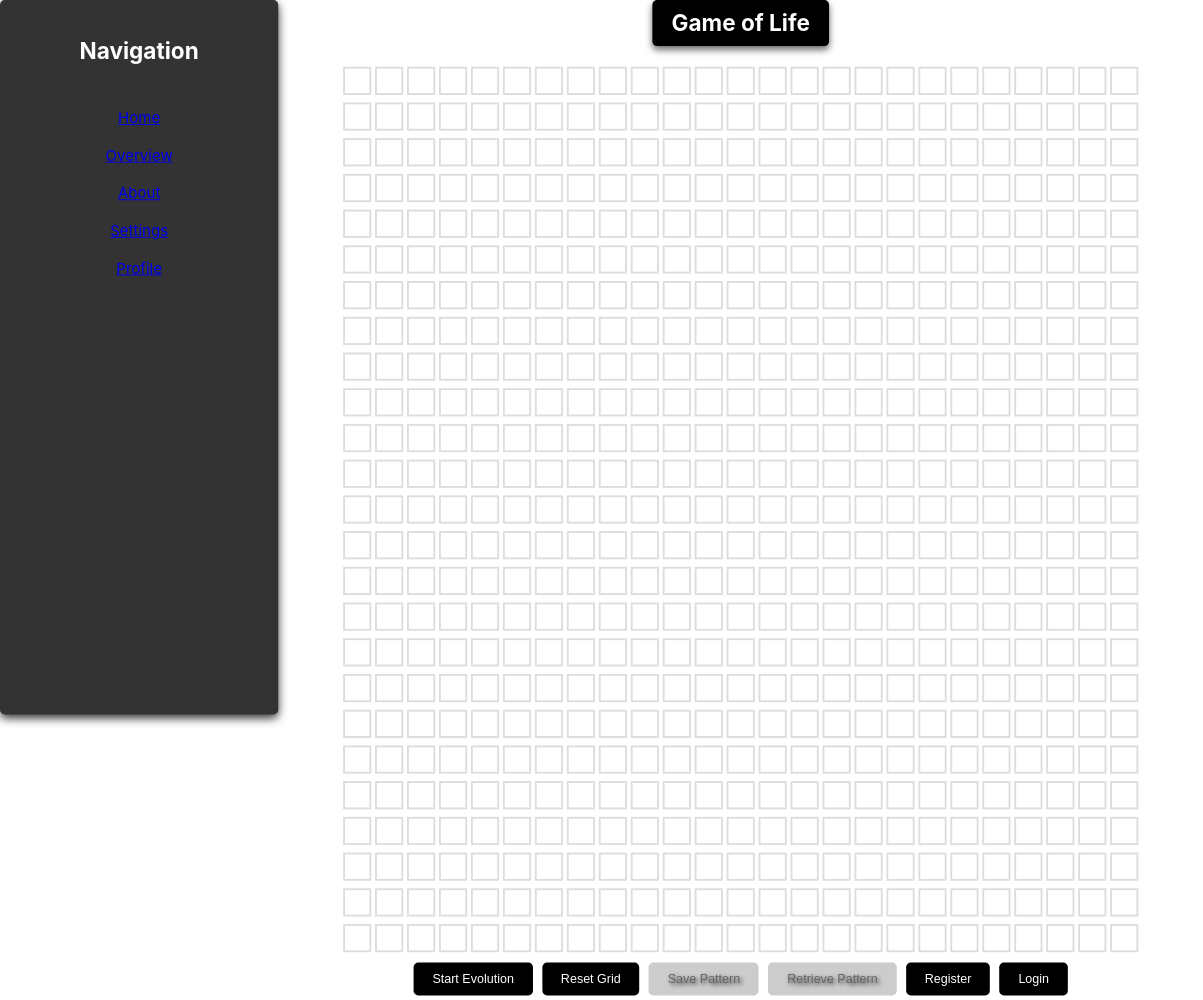
Repository: MarioDiekmann/GameOfLife
Page: /
These files come from the project's save history. The page is drawn as it stood at one moment and after the next save; the edit follows.
The browser window is 1280 px wide. The pictures show the whole page, at 94% of full size.
The project was rebuilt for these pictures with package versions that can differ from the ones it lists, and the page was loaded fresh each time. Also part of the build but not shown: src/components/InputForm.js, src/components/LoadPatternForm.js, src/components/RegistrationForm.js, src/components/LoginForm.js, src/pages/Overview.js.

Above is the page before, as saved 2024-11-05 16:08:30.

### src/App.js
import React from 'react';
import { BrowserRouter as Router, Route, Routes } from 'react-router-dom';
import Game from './components/Game';
import Overview from './pages/Overview';
import './App.css';
import {AuthProvider} from './AuthContext';


function App() {
  return (
    <AuthProvider>
    <Router>
      <div className="App">
        <Routes>
          <Route path="/" element={<Game/>} />
          <Route path="/Overview" element={<Overview/>} />
        </Routes>
      </div>
    </Router>
    </AuthProvider>
  );
}

export default App;

### src/components/Game.js
import React, { useState, useEffect, useCallback, useRef, useContext } from "react";
import Cell from "./Cell";
import axios from "axios";
import InputForm from "./InputForm";
import './Game.css';
import NavBar from "./NavBar";
import LoadPatternForm from "./LoadPatternForm";
import RegistrationForm from "./RegistrationForm";
import LoginForm from "./LoginForm";
import { AuthContext } from '../AuthContext';

const Game = () => {
    const startingsize = 25;
    const [size, setSize] = useState(startingsize);
    const [epochs, setEpochs] = useState(0);
    const [isEvolving, setIsEvolving] = useState(false);
    const [initialPattern, setInitialPattern] = useState([]);
    const [numResizes, setNumResizes] = useState(0);

    const [isFormVisible, setIsFormVisible] = useState(false); // State to control form visibility
    const [patternRequested, setPatternRequested] = useState(false);
    const [registrationRequested, setRegistrationRequested] = useState(false);
    const [loginRequested, setLoginRequested] = useState(false);
    const initGrid = () => Array.from({ length: size }, () => Array(size).fill(false));
    const [grid, setGrid] = useState(initGrid());
    const [tokenPresent, setTokenPresent] = useState(false);

    const previousGridRef = useRef(grid); // Reference to hold the previous grid

    const { isTokenExpired, handleLogout, token } = useContext(AuthContext);

    useEffect(() => {
        if (isTokenExpired || !token) {
            setTokenPresent(false);
            if (isTokenExpired) {
                alert("Your session has expired. Please log in again.");
                handleLogout();
            }
        } else {
            setTokenPresent(true);
        }
    }, [isTokenExpired, token, handleLogout]);

    const toggleCellState = (row, col) => {
        setGrid(prevGrid => {
            const newGrid = prevGrid.map((r, i) =>
                r.map((cell, j) => (i === row && j === col ? !cell : cell))
            );
            return newGrid;
        });
    };

    const resetGrid = () => {
        setIsEvolving(false);
        setEpochs(0);
        setSize(prevSize => {
            const newGrid = Array.from({ length: startingsize }, () => Array(startingsize).fill(false));
            setGrid(newGrid);
            setInitialPattern(newGrid);
            return startingsize;
        });
    };

    const renderGrid = () => {
        return grid.map((row, rowIndex) => (
            <div key={rowIndex} className="row">
                {row.map((cell, colIndex) => (
                    <Cell
                        key={`${rowIndex}-${colIndex}`}
                        isAlive={cell}
                        onClick={() => toggleCellState(rowIndex, colIndex)}
                        numResizes = {numResizes}
                    />
                ))}
            </div>
        ));
    };

    const countNeighboursAlive = useCallback((row, col) => {
        let count = 0;
        for (let i = row - 1; i <= row + 1; i++) {
            for (let j = col - 1; j <= col + 1; j++) {
                if ((i >= 0 && i < size) && (j >= 0 && j < size) && !(i === row && j === col)) {
                    count += grid[i][j] ? 1 : 0;
                }
            }
        }
        return count;
    }, [grid, size]);

    const updateGrid = useCallback(() => {
        let newGrid = grid.map((row, rowIndex) =>
            row.map((cell, colIndex) => {
                const gridCount = countNeighboursAlive(rowIndex, colIndex);
                return cell ? gridCount === 2 || gridCount === 3 : gridCount === 3;
            })
        );
        setGrid(newGrid);
        return newGrid;
    }, [countNeighboursAlive, grid]);

    const saveInitialPattern = () => {                                          //CAN I MAKE IT SAVE WITHOUT STARTING EVOLUTION
        const deepCopy = grid.map(row => row.slice());
        setInitialPattern(deepCopy); // Save current grid as the initial pattern
    };

    const checkEdges = useCallback(() => {
        const indicesAlive = [];
        // Check upper, right, lower, and left edges
        for (let col = 0; col < size - 2; col++) {
            if (grid[0][col] && grid[0][col + 1] && grid[0][col + 2]) {
                indicesAlive.push([0, col + 1]);
                indicesAlive.push([-1, col + 1]);
            }
        }
        for (let row = 0; row < size - 2; row++) {
            if (grid[row][size - 1] && grid[row + 1][size - 1] && grid[row + 2][size - 1]) {
                indicesAlive.push([row + 1, size - 1]);
                indicesAlive.push([row + 1, size]);
            }
        }
        for (let col = size - 1; col > 1; col--) {
            if (grid[size - 1][col] && grid[size - 1][col - 1] && grid[size - 1][col - 2]) {
                indicesAlive.push([size - 1, col - 1]);
                indicesAlive.push([size, col - 1]);
            }
        }
        for (let row = size - 1; row > 1; row--) {
            if (grid[row][0] && grid[row - 1][0] && grid[row - 2][0]) {
                indicesAlive.push([row - 1, 0]);
                indicesAlive.push([row - 1, -1]);
            }
        }
        return indicesAlive;
    }, [grid, size]);

    const expandGrid = useCallback((indicesAlive) => {
        setGrid(prevGrid => {
            const newSize = 2 * size; // Double the size
            setNumResizes(prev => prev + 1);
            const newGrid = Array.from({ length: newSize }, () => Array(newSize).fill(false));

            // Calculate the offset to center the old grid in the new one
            const rowOffset = Math.floor((newSize - size) / 2);
            const colOffset = Math.floor((newSize - size) / 2);

            // Copy the existing grid to the center of the new grid
            for (let row = 0; row < size; row++) {
                for (let col = 0; col < size; col++) {
                    if (prevGrid[row][col]) {
                        newGrid[row + rowOffset][col + colOffset] = true; // Copy with offsets
                    }
                }
            }

            // Handle indicesAlive and place the alive cells correctly
            for (const [row, col] of indicesAlive) {
                let newRow = row;
                let newCol = col;

                // Adjust row and col if they are outside the original grid
                if (row === -1) newRow = rowOffset - 1;
                if (col === -1) newCol = colOffset - 1;

                newRow += rowOffset;
                newCol += colOffset;

                // Make sure the calculated newRow and newCol are within bounds
                if (newRow >= 0 && newRow < newSize && newCol >= 0 && newCol < newSize) {
                    newGrid[newRow][newCol] = true;  // Mark the cell as alive in the new grid
                }
            }

            setSize(newSize);  // Update size to the new expanded size
            return newGrid;
        });
    }, [size]);

    const runEpoch = useCallback(() => {
        const prevGrid = previousGridRef.current;
        const newGrid = updateGrid();

        const gridsAreEqual = prevGrid.every((row, i) =>
            row.every((cell, j) => cell === newGrid[i][j])
        );

        if (gridsAreEqual) {
            setIsEvolving(false);
            alert("You reached a stillstand");
            return true;
        }

        const indicesAlive = checkEdges(); // Check if we need to expand the grid
        if (indicesAlive.length !== 0) {
            expandGrid(indicesAlive);
        }

        setEpochs(prevEpochs => prevEpochs + 1);
        previousGridRef.current = newGrid;
        return false;
    }, [checkEdges, expandGrid, updateGrid]);

    useEffect(() => {
        if (!isEvolving) return;

        const maxEpochs = 1000;
        let updatedEpochs = 0;

        const interval = setInterval(() => {
            if (updatedEpochs < maxEpochs) {
                const stillstand = runEpoch();
                if (stillstand) {
                    clearInterval(interval);
                }
                updatedEpochs++;
            } else {
                setIsEvolving(false);
                clearInterval(interval);
            }
        }, 2000);

        return () => clearInterval(interval);
    }, [isEvolving, runEpoch]);

    const startEvolution = () => {
        previousGridRef.current = grid;
        saveInitialPattern();
        setIsEvolving(!isEvolving);

    };

    const stopEvolution = () => {
        previousGridRef.current = grid;
        setIsEvolving(!isEvolving);
    };

    const retrievePattern = (pattern)=>{
        initGrid();
        setGrid(pattern);
        setInitialPattern(pattern);
        setEpochs(0);
        setIsEvolving(false);
        setPatternRequested(false);
    }

    const closeForm = () => {
        setIsFormVisible(false); // Close the save pattern form
        setPatternRequested(false); // Close the retrieve pattern form
        setRegistrationRequested(false); // Close the registration form
        setLoginRequested(false); // Close the login form
    };

    const closeLogin = () => {
        setLoginRequested(false); // Close the login form
        window.location.reload();
    };

    const makeFormVisible = () => {
        saveInitialPattern();                                       //now does it work wiout start evolution???
        setIsFormVisible(true); // Show the form to save pattern
    };

    const makeRequestVisible = () => {
        setPatternRequested(true); // Show the form to retrieve pattern
    };

    const makeRegistrationVisible = () => {
        setRegistrationRequested(true); // Show the form to register
    };

    const makeLoginVisible = () => {
        if(token){
            handleLogout();
        }
        else{
        setLoginRequested(true)}; // Show the form to log in

    };

    return (
        <div style={{ display: 'flex', height: '100vh' }}>
            <NavBar />
            <div style={{ flexGrow: 1, display: 'flex', flexDirection: 'column', alignItems: 'center' }}>
                <div className="banner">
                    <h1>Game of Life</h1>
                </div>
                <br />
                {renderGrid()}
                <div className="button-container">
    <button className="button" onClick={isEvolving ? stopEvolution : startEvolution}>
        {isEvolving ? "Stop Evolution" : "Start Evolution"}
    </button>
    <button className="button reset-btn" onClick={resetGrid}>Reset Grid</button>
    {/*<div>EPOCHS: {epochs}</div>*/}
    <button className="button" onClick={makeFormVisible} disabled={!tokenPresent}>Save Pattern</button>
    <button className="button" onClick={makeRequestVisible} disabled={!tokenPresent}> Retrieve Pattern</button>
    <button className="button" onClick={makeRegistrationVisible}>Register</button>
    <button className="button" onClick={makeLoginVisible}>{token ? "Logout" : "Login"}</button>
</div>


                {/* Show the form conditionally */}
                {isFormVisible && (
                    <div className="popup-overlay">
                        <div className="popup-content">
                            <InputForm pattern={initialPattern} onSubmit={closeForm} />
                        </div>
                    </div>
                )}
                {patternRequested && (
                    <div className="popup-overlay">
                        <div className="popup-content">
                            <LoadPatternForm onSubmit={closeForm} dataHandling={retrievePattern}  />
                        </div>
                    </div>
                )}
                {registrationRequested && (
                    <div className="popup-overlay">
                        <div className="popup-content">
                            <RegistrationForm onSubmit={closeForm} />
                        </div>
                    </div>
                )}
                {loginRequested && (
                    <div className="popup-overlay">
                        <div className="popup-content">
                            <LoginForm onSubmit={closeLogin} />
                        </div>
                    </div>
                )}
            </div>
        </div>
    );
};

export default Game;

### src/AuthContext.js
import React, { createContext, useState, useEffect, useRef, useCallback } from 'react';

export const AuthContext = createContext();

export const AuthProvider = ({ children }) => {
    const [token, setToken] = useState(localStorage.getItem('authToken'));
    const tokenRef = useRef(token);
    const expirationCheckInterval = useRef(null);

    const isTokenExpired = (token) => {
        if (!token) return true;
        try {
            const { exp } = JSON.parse(atob(token.split('.')[1]));
            return Date.now() >= exp * 1000;
        } catch (error) {
            console.error('Error checking token expiration:', error);
            return true;
        }
    };

    const handleLogout = useCallback(() => {
        console.log('Logging out, clearing token');
        localStorage.removeItem('authToken');
        setToken(null);
        tokenRef.current = null;
        clearInterval(expirationCheckInterval.current);
    }, []);

    const handleExpirationAlert = useCallback(() => {
        console.log('Session expired, alerting user');
        alert('Your session has expired. Please log in again.');
        handleLogout();
    }, [handleLogout]);

    const handleLogin = (newToken) => {
        console.log('Logging in with new token:', newToken);
        localStorage.setItem('authToken', newToken);
        setToken(newToken);
        tokenRef.current = newToken;

        // Check for expiration immediately
        if (isTokenExpired(newToken)) {
            handleExpirationAlert();
        } else {
            startExpirationCheck();
        }
    };

    const startExpirationCheck = useCallback(() => {
        console.log('Starting expiration check interval');
        clearInterval(expirationCheckInterval.current);
        expirationCheckInterval.current = setInterval(() => {
            console.log('Interval tick, checking token expiration');
            if (isTokenExpired(tokenRef.current)) {
                handleExpirationAlert();
            }
        }, 1000);
    }, [handleExpirationAlert]);

    useEffect(() => {
        console.log('useEffect triggered: token is', token);
        tokenRef.current = token;

        if (token) {
            console.log('Token is set, starting expiration check');
            startExpirationCheck();
        } else {
            console.log('No token, clearing interval');
            clearInterval(expirationCheckInterval.current);
        }

        return () => {
            console.log('Clearing interval on unmount or dependency change');
            clearInterval(expirationCheckInterval.current);
        };
    }, [token, startExpirationCheck]);

    return (
        <AuthContext.Provider value={{ token, handleLogin, handleLogout }}>
            {children}
        </AuthContext.Provider>
    );
};

### src/components/Cell.js
import React from 'react';
import './Cell.css';

const Cell = ({ isAlive, onClick, numResizes }) => {
  // Base sizes for cell dimensions and margin
  const baseSize = 30; // Base cell size when numResizes = 1
  const baseMargin = 2; // Base margin when numResizes = 1

  // Calculate cell size and margin based on numResizes
  const cellSize = baseSize / Math.pow(2, numResizes );
  const marginSize = baseMargin / Math.pow(2, numResizes);

  return (
    <div
      className={`cell ${isAlive ? 'alive' : 'dead'}`}
      onClick={onClick}
      style={{
        width: `${cellSize}px`,
        height: `${cellSize}px`,
        margin: `${marginSize}px`,
      }}
    ></div>
  );
};

export default Cell;

### src/components/Game.css
.popup-overlay {
    position: fixed;
    top: 0;
    left: 0;
    width: 100%;
    height: 100%;
    background: rgba(0, 0, 0, 0.5); /* Semi-transparent background */
    display: flex;
    justify-content: center;
    align-items: center;
    z-index: 1000; /* Ensure it's above other content */
}

.popup-content {
    background: white;
    padding: 20px;
    border-radius: 8px;
    box-shadow: 0 4px 8px rgba(0, 0, 0, 0.1);
    width: 300px;
    z-index: 1001; /* Above the backdrop */
}

body.modal-open {
    overflow: hidden; /* Prevent scrolling when modal is open */
}

.banner {
    background-color: black;
    padding: 10px 20px; /* Adjusted padding for a tighter fit */
    display: inline-block; /* Makes the banner fit the text */
    text-align: center;
    box-shadow: 0 4px 8px rgba(0, 0, 0, 0.6);
    border-radius: 5px; /* Optional: Adds rounded corners */
}

.banner h1 {
    color: white;
    font-size: 2.5em; /* Slightly reduced font size for better fit */
    text-shadow: 2px 2px 5px rgba(0, 0, 0, 0.8);
    margin: 0; /* Removes default margin */
}



.button {
    background-color: black; /* Same as the banner background */
    color: white; /* White text for contrast */
    padding: 10px 20px; /* Padding for a better touch target */
    border: none; /* Remove default border */
    border-radius: 5px; /* Rounded corners */
    cursor: pointer; /* Pointer cursor on hover */
    margin: 5px; /* Space between buttons */
    text-shadow: 2px 2px 5px rgba(0, 0, 0, 0.8); /* Similar text shadow as the banner */
}

.button:hover {
    background-color: #333; /* Slightly lighter on hover */
}

.button:disabled {
    background-color: #ccc; /* Grey background for disabled state */
    color: #666; /* Lighter text color */
    cursor: not-allowed; /* Change cursor to indicate it's disabled */
    pointer-events: none; /* Prevent click events */
}

.button-container {
    position: relative;
    display: inline-block;
}

.tooltip-text {
    visibility: hidden;
    position: absolute;
    bottom: 125%; /* Position above the button */
    left: 50%;
    transform: translateX(-50%);
    background-color: #333;
    color: #fff;
    padding: 5px 10px;
    border-radius: 5px;
    font-size: 0.9em;
    white-space: nowrap;
    z-index: 10;
    opacity: 0;
    transition: opacity 0.3s ease;
}

.button-container:hover .tooltip-text {
    visibility: visible;
    opacity: 1;
}

### src/components/NavBar.js
import React from 'react';
import { Link } from 'react-router-dom';
import './NavBar.css';

const NavBar = () => {
    const navItems = [
        { name: "Home", path: "/" },
        { name: "Overview", path: "/Overview" },
        { name: "About", path: "/about" },
        { name: "Settings", path: "/settings" },
        { name: "Profile", path: "/profile" },
    ];

    return (
        <div className="navbar">
            <h2>Navigation</h2>
            <ul>
                {navItems.map((item, index) => (
                    <li key={index}>
                        <Link to={item.path}>{item.name}</Link>
                    </li>
                ))}
            </ul>
        </div>
    );
};

export default NavBar;

### src/pages/Overview.css
/* Overview.css */
.overview-container {
    display: flex;
    height: 100vh;
}

.navbar {
    width: 20%;
    background-color: #333;
    color: #fff;
    display: flex;
    flex-direction: column;
    align-items: center;
    padding-top: 20px;
    min-height: 100%;
}

.content {
    flex: 1;
    display: flex;
    flex-direction: column;
    align-items: center;
    padding: 20px;
}

.banner h1 {
    color: white;
    font-size: 1.5em;
    text-shadow: 1px 1px 2px rgba(0, 0, 0, 0.5);
    margin: 0;
}

.text-content {
    margin-top: 20px;
    color: #333;
    text-align: center;
    font-size: 1.2em;
}

### src/components/Cell.css
.cell {
  display: inline-block;
  border: 2px solid #ddd;
  box-sizing: border-box;
  transition: background-color 0.3s;
}

.cell.alive {
  background-color: black;
}

.cell.dead {
  background-color: white;
}

### src/components/NavBar.css
.navbar {
    background-color: black;            /* Black background */
    color: white;                       /* White text color */
    padding: 20px;                      /* Padding around the content */
    width: 200px;                       /* Set width for the navbar */
    box-shadow: 0 4px 10px rgba(0, 0, 0, 0.8); /* Add shadow */
    border-radius: 5px;                /* Rounded corners */
    height: 100%;                       /* Full height */
}

.navbar h2 {
    text-align: center;                 /* Center header text */
    margin-bottom: 20px;                /* Space below the header */
}

/* Other styles remain unchanged */


.navbar ul {
    list-style-type: none;              /* Remove default list styles */
    padding: 0;                         /* Remove padding */
}

.navbar li {
    padding: 10px;                      /* Padding for each item */
    cursor: pointer;                    /* Pointer cursor on hover */
    text-align: center;                 /* Center text */
    transition: background-color 0.3s;  /* Smooth background change */
}

.navbar li:hover {
    background-color: #444;             /* Change background on hover */
}

Loaded but not shown: public/index.html (common file); src/index.js (common file); src/index.css (common file); src/reportWebVitals.js (common file); src/App.css (common file)

After the next save:
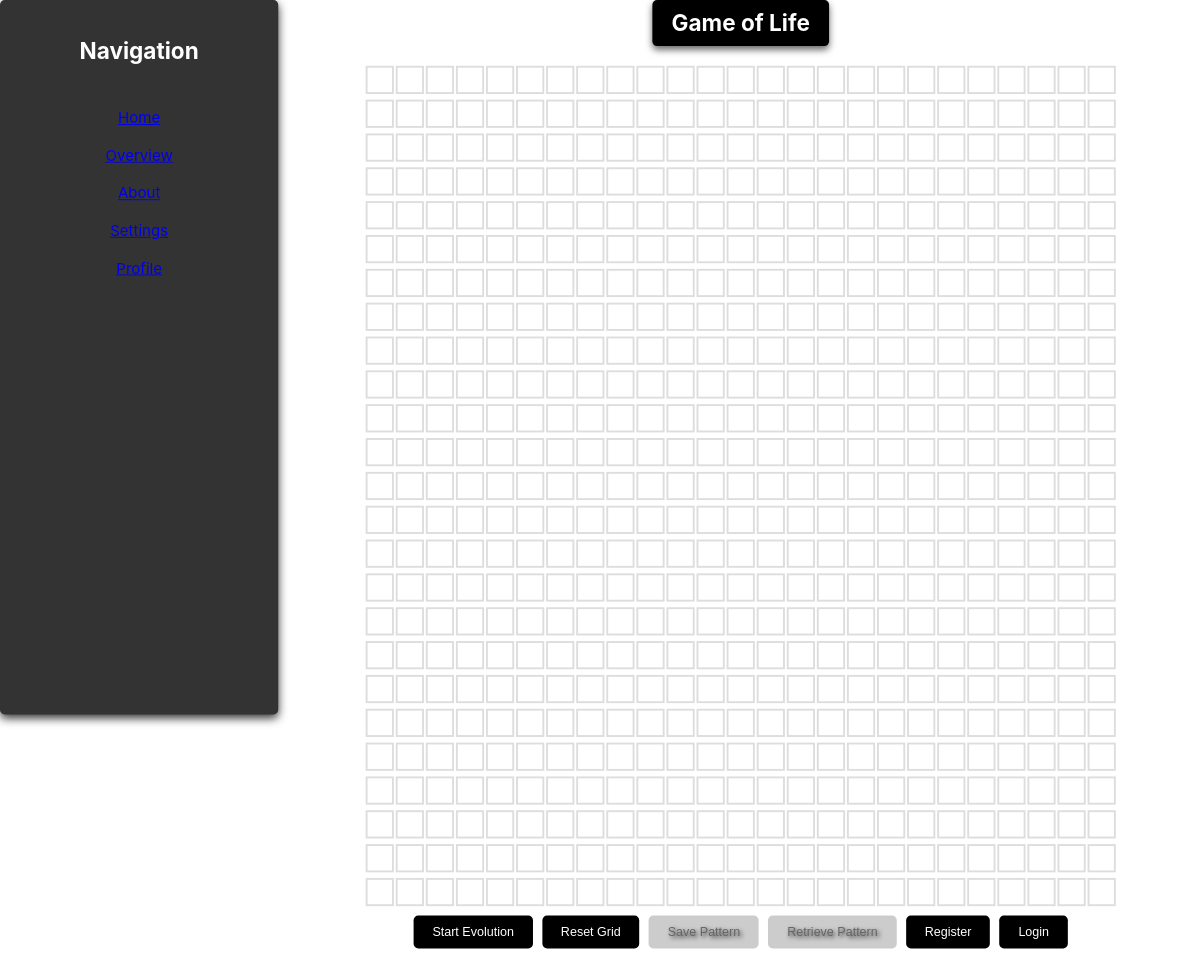
Saved 23 s later.
--- a/src/components/Cell.js
+++ b/src/components/Cell.js
@@ -4,7 +4,7 @@ import './Cell.css';
 const Cell = ({ isAlive, onClick, numResizes }) => {
   // Base sizes for cell dimensions and margin
   const baseSize = 30; // Base cell size when numResizes = 1
-  const baseMargin = 2; // Base margin when numResizes = 1
+  const baseMargin = 1; // Base margin when numResizes = 1
 
   // Calculate cell size and margin based on numResizes
   const cellSize = baseSize / Math.pow(2, numResizes );
